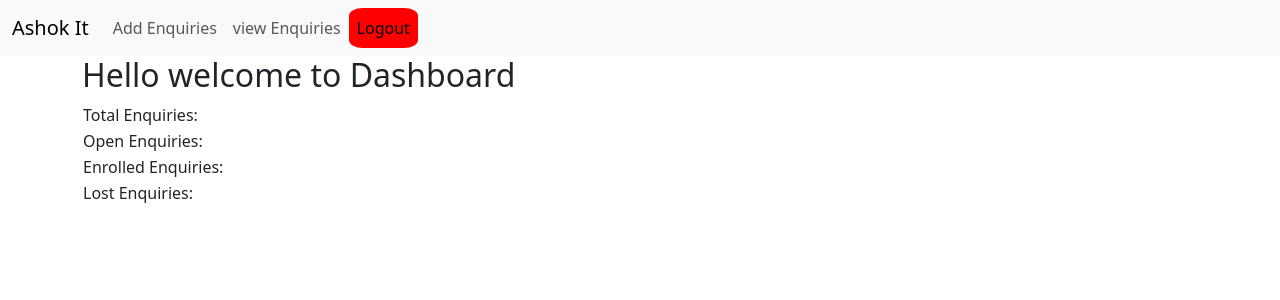
Repository: dibyajyotipanigrahi/Mini-Projects
Page: http://localhost/dashboard
These files come from the project's save history. The page is drawn as it stood at one moment and after the next save; the edit follows.
The browser window is 1280 px wide. The pictures show the whole page.
The page is this project's Thymeleaf template; nobody is signed in. The template is opened directly, without the code that normally fills it, so the values that code supplies are empty.

Above is the page before, as saved 2024-04-25 19:10:37.

After the next save:
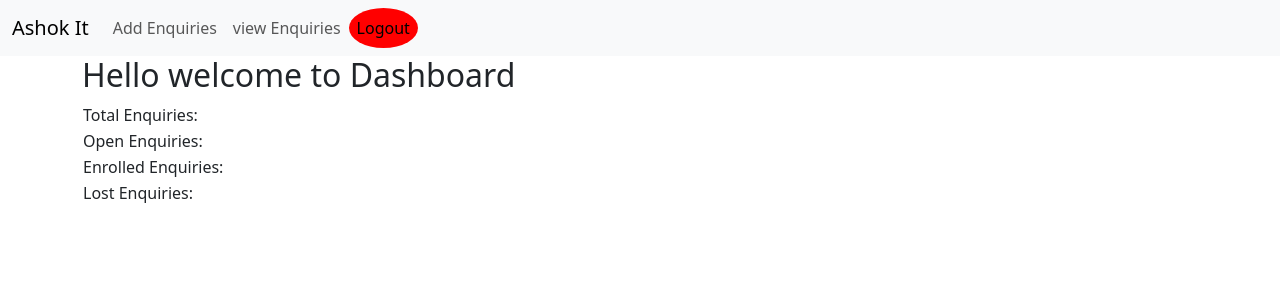
Saved 20 s later.
--- a/01-Councellors-Application/src/main/resources/templates/dashboard.html
+++ b/01-Councellors-Application/src/main/resources/templates/dashboard.html
@@ -30,7 +30,7 @@
 						<a class="nav-link" href="enquiries">view Enquiries</a>
 					</li>
 					<li class="nav-item">
-						<a class="nav-link" href="logout" style="color: black;background-color: red;border-radius: 20%;">Logout</a>
+						<a class="nav-link" href="logout" style="color: black;background-color: red;border-radius: 50%;">Logout</a>
 					</li>
 
 				</ul>
